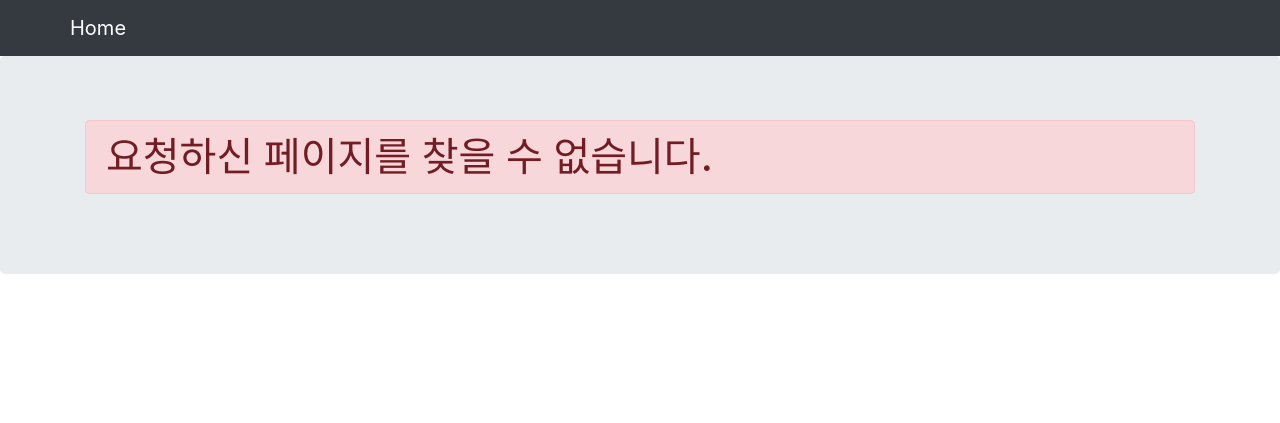
Repository: doyeong123/doyeonggit1
Page: http://localhost/webmarket/exceptionNoPage.jsp
These files come from the project's save history. The page is drawn as it stood at one moment and after the next save; the edit follows.
The browser window is 1280 px wide. The pictures show the whole page.
The page is served by Tomcat 9.

Above is the page before, as saved 2023-12-13 04:38:15.

After the next save:
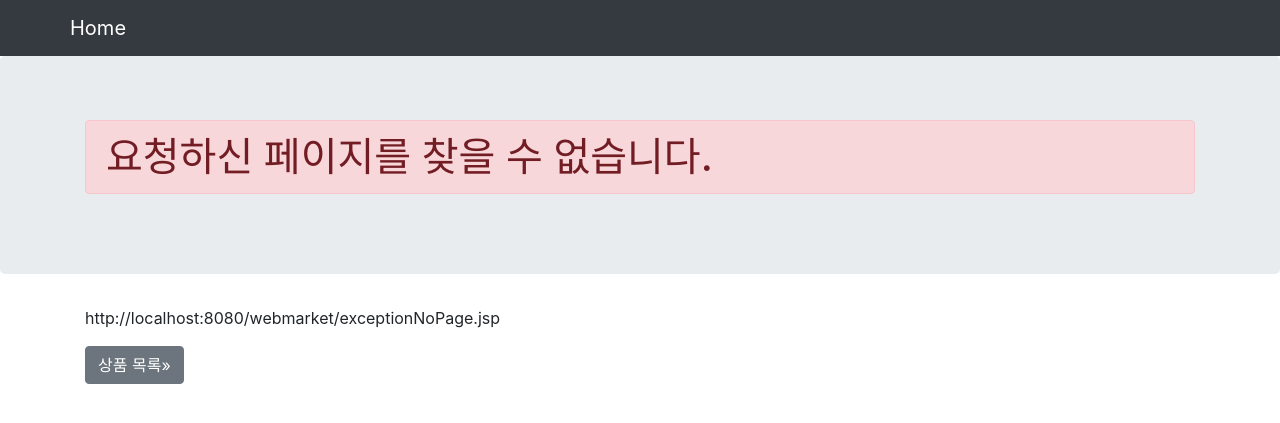
Saved 45 s later.
--- a/jsp/webmarket/src/main/webapp/exceptionNoPage.jsp
+++ b/jsp/webmarket/src/main/webapp/exceptionNoPage.jsp
@@ -14,5 +14,9 @@
 			<h1 class="alert alert-danger">요청하신 페이지를 찾을 수 없습니다.</h1>
 		</div>
 	</div>
+	<div class="container">
+		<p><%=request.getRequestURL() %></p>
+		<p> <a href="products.jsp" class="btn btn-secondary">상품 목록&raquo;</a>
+	</div>
 </body>
 </html>
